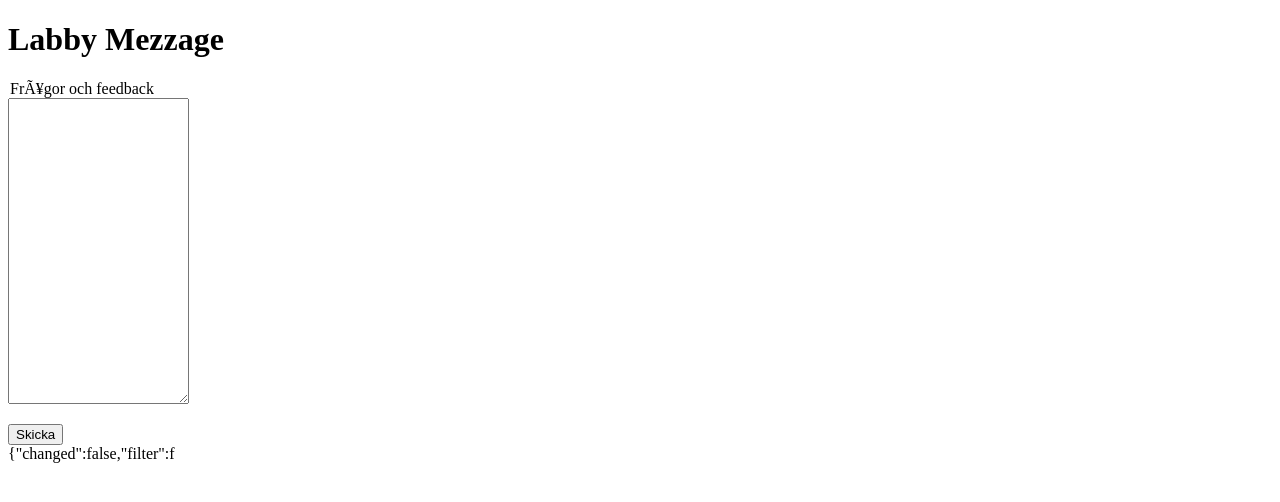
Repository: em222mt/1dv403-laborationer
Page: 2-labbymezzage/Index.html
The author's editor kept a record of every edit. The page is drawn from the files as they stood at one moment, then again after the next edit.
The browser window is 1280 px wide. The pictures show the whole page.

Above is the page before.

After the next edit:
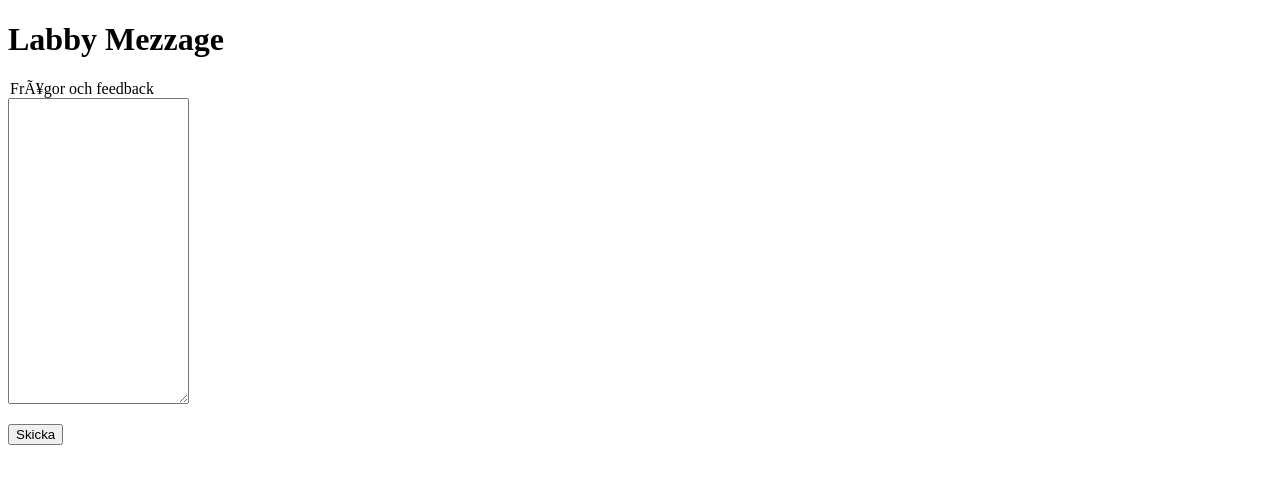
The edit:
--- a/2-labbymezzage/Index.html
+++ b/2-labbymezzage/Index.html
@@ -19,4 +19,4 @@
     	  <script src="MessageBoard.js"></script>
 
     </body>
-</html>{"changed":false,"filter":f
+</html>
